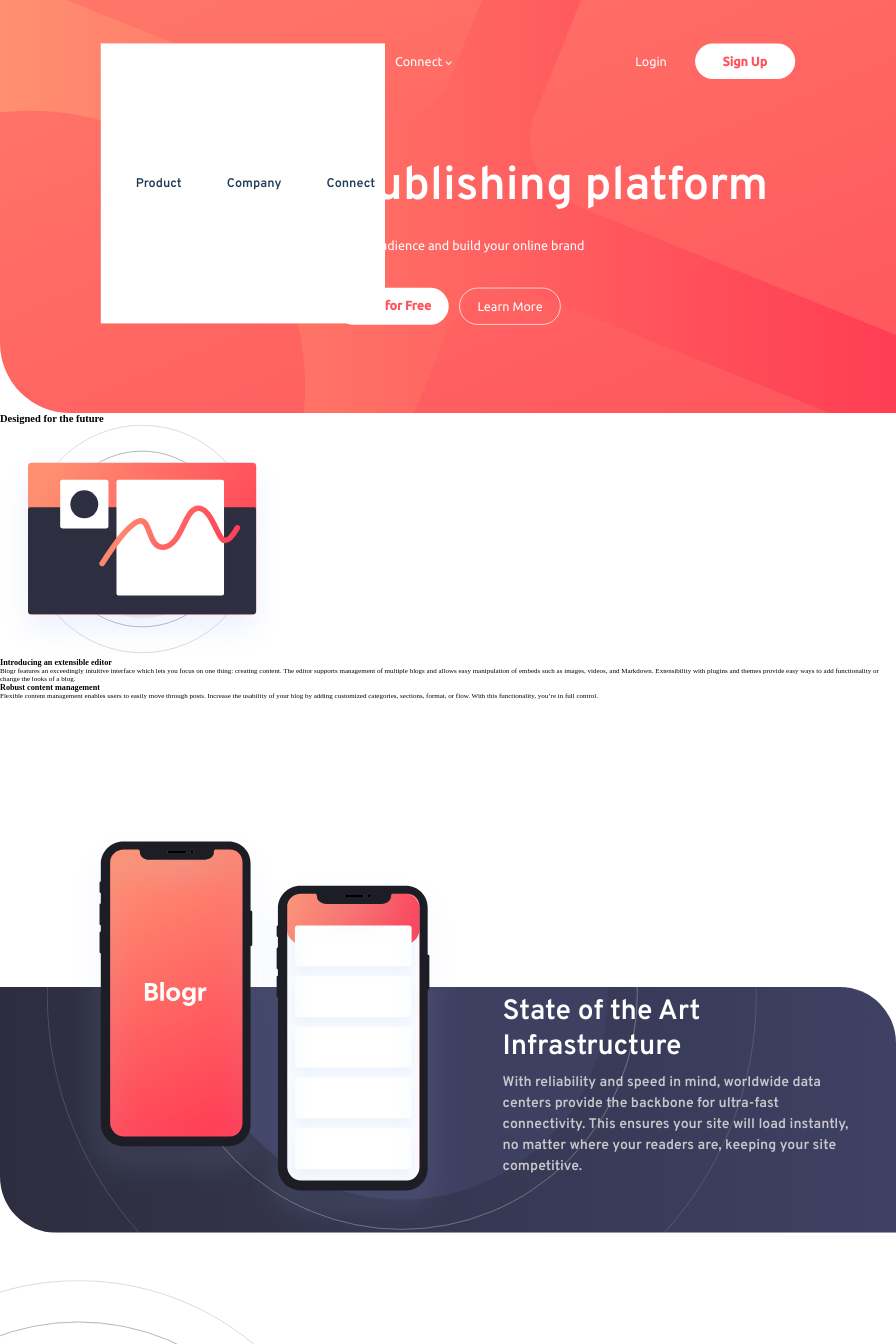
Repository: tomas938/tomaspage3
Page: index.html
The author's editor kept a copy of each file at every save. The page is drawn from the files as they stood at one save, then again after the next save.
The browser window is 1280 px wide. The pictures show the part of the page from y = 0 to 1920 px (the page is 3157 px tall), at 70% of full size.
The style sheet was rebuilt from its Sass, Less or Tailwind sources for each picture, by a compiler version that may differ from the author's.

Above is the page before, as saved 2021-07-30 16:57:12.

### index.html
<!DOCTYPE html>
<html lang="en">
	<head>
		<meta charset="UTF-8" />
		<meta name="viewport" content="width=device-width, initial-scale=1.0" />
		<!-- displays site properly based on user's device -->

		<link
			rel="icon"
			type="image/png"
			sizes="32x32"
			href="./images/favicon-32x32.png"
		/>

		<title>Frontend Mentor | [Blogr]</title>

		<link rel="stylesheet" href="./scss/main.css" />
	</head>
	<body>
		<section class="intro">
			<header>
				<nav class="intro__navigation">
					<div class="intro__navigation__logo">
						<svg width="101" height="40" xmlns="http://www.w3.org/2000/svg">
							<path
								d="M0 30.803V1.486h10.653c1.982 0 3.695.31 5.14.93 1.446.619 2.56 1.5 3.345 2.642.785 1.142 1.177 2.484 1.177 4.026 0 1.404-.303 2.636-.909 3.695a6.48 6.48 0 01-2.56 2.498c1.487.578 2.643 1.494 3.469 2.746.826 1.253 1.239 2.732 1.239 4.439 0 1.707-.44 3.18-1.322 4.418-.88 1.239-2.12 2.202-3.716 2.89-1.596.688-3.482 1.033-5.657 1.033H0zM5.946 6.565v6.73h4.046c1.35 0 2.388-.282 3.118-.846.73-.564 1.094-1.397 1.094-2.498 0-1.101-.365-1.94-1.094-2.519-.73-.578-1.769-.867-3.118-.867H5.946zm0 19.159h4.624c1.542 0 2.732-.33 3.572-.991.84-.66 1.26-1.61 1.26-2.85 0-1.238-.42-2.188-1.26-2.848-.84-.66-2.03-.991-3.572-.991H5.946v7.68zm19.282 5.079V0h5.781v30.803h-5.78zm20.893.619c-1.624 0-3.124-.29-4.5-.867a10.94 10.94 0 01-3.593-2.416 10.96 10.96 0 01-2.374-3.654c-.564-1.404-.846-2.931-.846-4.583 0-1.652.289-3.173.867-4.563a11.354 11.354 0 012.415-3.654 10.96 10.96 0 013.634-2.436c1.39-.578 2.91-.867 4.562-.867 1.625 0 3.125.289 4.501.867a10.94 10.94 0 013.592 2.416 11.01 11.01 0 012.375 3.633c.564 1.39.846 2.911.846 4.563 0 1.651-.289 3.179-.867 4.583a11.297 11.297 0 01-2.416 3.675 10.96 10.96 0 01-3.633 2.436c-1.39.578-2.911.867-4.563.867zm.083-5.203c1.046 0 1.982-.275 2.808-.825.825-.551 1.48-1.301 1.96-2.25.483-.95.723-2.03.723-3.242 0-1.211-.24-2.292-.722-3.241-.482-.95-1.136-1.7-1.961-2.25-.826-.551-1.762-.826-2.808-.826-1.046 0-1.982.275-2.808.825-.826.55-1.48 1.301-1.961 2.25-.482.95-.723 2.03-.723 3.242 0 1.211.241 2.292.723 3.241.482.95 1.135 1.7 1.961 2.25.826.551 1.762.826 2.808.826zm24.155 3.964a9.13 9.13 0 01-3.86-.826 9.492 9.492 0 01-3.118-2.291c-.881-.977-1.57-2.12-2.065-3.427-.495-1.308-.743-2.719-.743-4.233 0-1.569.255-3.02.764-4.356a10.614 10.614 0 012.147-3.489 10.174 10.174 0 013.22-2.333c1.225-.564 2.554-.846 3.985-.846 1.404 0 2.67.282 3.799.846a7.402 7.402 0 012.807 2.457l.124-2.684h5.327v19.2c0 1.68-.269 3.207-.805 4.584-.537 1.376-1.301 2.56-2.292 3.55a10.231 10.231 0 01-3.53 2.292c-1.363.537-2.87.805-4.522.805-1.624 0-3.083-.254-4.376-.764a10.468 10.468 0 01-3.386-2.126 10.035 10.035 0 01-2.271-3.18L67.097 32a5.452 5.452 0 001.92 1.879c.784.454 1.672.681 2.663.681 1.074 0 2.003-.24 2.787-.723.785-.481 1.397-1.156 1.838-2.023.44-.867.66-1.879.66-3.035v-1.775a7.793 7.793 0 01-2.828 2.333c-1.143.564-2.402.846-3.778.846zm1.404-5.12c1.018 0 1.92-.254 2.704-.764a5.556 5.556 0 001.879-2.064c.468-.867.702-1.851.702-2.952 0-1.102-.234-2.086-.702-2.953a5.556 5.556 0 00-1.879-2.064c-.784-.51-1.686-.764-2.704-.764-1.019 0-1.92.255-2.705.764a5.556 5.556 0 00-1.879 2.064c-.468.867-.702 1.851-.702 2.953 0 1.1.234 2.085.702 2.952a5.556 5.556 0 001.88 2.064c.784.51 1.685.764 2.704.764zm15.607 5.74V9h5.327l.206 3.304c.55-1.157 1.294-2.044 2.23-2.664.936-.62 2.037-.929 3.303-.929.386 0 .77.035 1.156.103.386.07.73.159 1.033.269l-.62 5.698a4.361 4.361 0 00-.929-.227 7.495 7.495 0 00-.97-.062c-1.597 0-2.822.489-3.675 1.466-.853.977-1.28 2.36-1.28 4.15v10.694h-5.78z"
								fill="#FFF"
								fill-rule="nonzero"
							/>
						</svg>
						<ul>
							<li>
								<a href="#">Product</a>
								<svg xmlns="http://www.w3.org/2000/svg" width="10" height="7">
									<path
										fill="none"
										stroke="#FFF"
										stroke-width="2"
										opacity=".75"
										d="M1 1l4 4 4-4"
									/>
								</svg>
							</li>
							<li>
								<a href="#">Company</a>
								<svg xmlns="http://www.w3.org/2000/svg" width="10" height="7">
									<path
										fill="none"
										stroke="#FFF"
										stroke-width="2"
										opacity=".75"
										d="M1 1l4 4 4-4"
									/>
								</svg>
							</li>
							<li>
								<a href="#">Connect</a>
								<svg xmlns="http://www.w3.org/2000/svg" width="10" height="7">
									<path
										fill="none"
										stroke="#FFF"
										stroke-width="2"
										opacity=".75"
										d="M1 1l4 4 4-4"
									/>
								</svg>
							</li>
						</ul>
					</div>
					<div class="intro__navigation__login">
						<div class="button button--1">Login</div>
						<div class="button button--2">Sign Up</div>
					</div>
					<div class="intro__navigation__mobile">
						<span class="line1"></span>
						<span class="line2"></span>
						<span class="line3"></span>
					</div>

					<ul class="mobile__links">
						<li>
							<a href="#">Product</a>
							<svg xmlns="http://www.w3.org/2000/svg" width="10" height="7">
								<path
									fill="none"
									stroke="#FFF"
									stroke-width="2"
									opacity=".75"
									d="M1 1l4 4 4-4"
								/>
							</svg>
						</li>
						<li>
							<a href="#">Company</a>
							<svg xmlns="http://www.w3.org/2000/svg" width="10" height="7">
								<path
									fill="none"
									stroke="#FFF"
									stroke-width="2"
									opacity=".75"
									d="M1 1l4 4 4-4"
								/>
							</svg>
						</li>
						<li>
							<a href="#">Connect</a>
							<svg xmlns="http://www.w3.org/2000/svg" width="10" height="7">
								<path
									fill="none"
									stroke="#FFF"
									stroke-width="2"
									opacity=".75"
									d="M1 1l4 4 4-4"
								/>
							</svg>
						</li>
					</ul>
				</nav>
			</header>
			<div class="intro__description">
				<h1>A modern publishing platform</h1>
				<p>Grow your audience and build your online brand</p>
				<div class="intro__description__buttons">
					<div class="button button--3">Start for Free</div>
					<div class="button button--4">Learn More</div>
				</div>
			</div>
		</section>
		<section class="about">
			<h2>Designed for the future</h2>
			<div class="about__container">
				<img src="/images/illustration-editor-mobile.svg" alt="" />
				<div class="about__container__items">
					<div class="content">
						<h3>Introducing an extensible editor</h3>
						<p>
							Blogr features an exceedingly intuitive interface which lets you
							focus on one thing: creating content. The editor supports
							management of multiple blogs and allows easy manipulation of
							embeds such as images, videos, and Markdown. Extensibility with
							plugins and themes provide easy ways to add functionality or
							change the looks of a blog.
						</p>
					</div>
					<div class="content">
						<h3>Robust content management</h3>
						<p>
							Flexible content management enables users to easily move through
							posts. Increase the usability of your blog by adding customized
							categories, sections, format, or flow. With this functionality,
							you’re in full control.
						</p>
					</div>
				</div>
			</div>
		</section>
		<section class="mobiles">
			<img src="/images/illustration-phones.svg" alt="" />
			<div class="mobiles__content">
				<h2>State of the Art Infrastructure</h2>
				<p>
					With reliability and speed in mind, worldwide data centers provide the
					backbone for ultra-fast connectivity. This ensures your site will load
					instantly, no matter where your readers are, keeping your site
					competitive.
				</p>
			</div>
		</section>
		<section class="desktop">
			<div class="desktop__container">
				<img src="/images/illustration-laptop-mobile.svg" alt="" />
				<div class="desktop__container__items">
					<div class="content">
						<h3>Free, open, simple</h3>
						<p>
							Blogr is a free and open source application backed by a large
							community of helpful developers. It supports features such as code
							syntax highlighting, RSS feeds, social media integration,
							third-party commenting tools, and works seamlessly with Google
							Analytics. The architecture is clean and is relatively easy to
							learn.
						</p>
					</div>
					<div class="content">
						<h3>Powerful tooling</h3>
						<p>
							Batteries included. We built a simple and straightforward CLI tool
							that makes customization and deployment a breeze, but capable of
							producing even the most complicated sites.
						</p>
					</div>
				</div>
			</div>
		</section>
		<footer>
			<div class="logo">
				<img src="/images/logo.svg" alt="" />
			</div>
			<div class="product">
				<h5>Product</h5>
				<a href="#">Overview</a>
				<a href="#">Pricing</a>
				<a href="#">Marketplace</a>
				<a href="#">Features</a>
				<a href="#">Integrations</a>
			</div>
			<div class="company">
				<h5>Company</h5>
				<a href="#">About</a>
				<a href="#">Team</a>
				<a href="#">Blog</a>
				<a href="#">Careers</a>
			</div>
			<div class="connect">
				<h5>Connect</h5>
				<a href="#">Connect</a>
				<a href="#">Newsletter</a>
				<a href="#">LinkedIn</a>
			</div>
		</footer>
	</body>
</html>

### scss/main.scss
@import "../scss_partials/variables";
@import "../scss_partials/resets";
@import "../scss_partials/intro";
@import "../scss_partials/about";
@import "../scss_partials/mobiles";
@import "../scss_partials/desktop";
@import "../scss_partials/footer";

### scss_partials/_variables.scss
//Colors

/* PRIMARY */

$light-red: hsl(356, 100%, 66%);
$very-light-red: hsl(355, 100%, 74%);
$very-dark-blue: hsl(208, 49%, 24%);

/* NEUTRAL */

$white: hsl(0, 0%, 100%);
$grayish-blue: hsl(240, 2%, 79%); //Footer Text
$very-dark-grayish-blue: hsl(207, 13%, 34%);
$very-dark-black-blue: hsl(240, 10%, 16%); //Footer Background

/* GRADIENT */

$very-light-red-gradient: hsl(13, 100%, 72%); // Intro /CTA
$light-red-gradient: hsl(353, 100%, 62%); // Intro /CTA

$very-dark-gray-blue: hsl(237, 17%, 21%); // Background body gradient
$very-dark-desaturated-blue: hsl(237, 23%, 32%); // Background body gradient

//Fonts

@import url("https://fonts.googleapis.com/css2?family=Overpass:wght@300;600&display=swap");

$font-primary: "Overpass", sans-serif;
$font-weight-primary-light: 300;
$font-weight-primary-bold: 600;

@import url("https://fonts.googleapis.com/css2?family=Ubuntu:ital,wght@0,400;0,500;1,700&display=swap");

$font-secondary: "Ubuntu", sans-serif;

$font-weight-secondary-light: 400;
$font-weight-secondary-medium: 500;
$font-weight-secondary-bold: 700;

### scss_partials/_resets.scss
* {
	margin: 0;
	padding: 0;
	box-sizing: border-box;
}
html {
	font-size: 62.5%;
	@media only screen and (max-width: 1000px) {
		font-size: 52.5%;
	}
}
li {
	list-style: none;
}
a {
	text-decoration: none;
}

### scss_partials/_intro.scss
.intro {
	height: 82vh;
	background-image: url(../images/bg-pattern-intro.svg),
		linear-gradient(to right, $very-light-red-gradient, $light-red-gradient);
	background-position: center center;
	border-bottom-left-radius: 10rem;
	font-family: $font-secondary;
	font-weight: $font-weight-secondary-light;
	color: $white;
	font-size: 1.8rem;
	header {
		width: 100%;
	}
	&__navigation {
		width: 77.5%;
		margin: auto;
		padding: 6.2rem 0;
		display: flex;
		justify-content: space-between;
		&__logo {
			display: flex;
		}
		ul {
			display: flex;
			align-items: center;
			@media only screen and (max-width: 900px) {
				display: none;
			}
		}
		li {
			margin-left: 5rem;
		}

		a {
			color: $white;
		}
		&__login {
			display: flex;
			align-items: center;
			@media only screen and (max-width: 900px) {
				display: none;
			}
		}
		&__mobile {
			display: flex;
			display: none;
			@media only screen and (max-width: 900px) {
				display: flex;
			}
			align-items: center;
			flex-direction: column;
			justify-content: center;
			span {
				width: 3.5rem;
				height: 0.4rem;
				background-color: $white;
				margin-top: 0.7rem;
			}
		}
		.mobile__links {
			position: absolute;
			background-color: $white;
			height: 40rem;
			font-family: $font-primary;
			font-weight: $font-weight-primary-bold;
			ul {
				display: flex;
				flex-direction: column;
			}
			a {
				color: $very-dark-blue;
			}
		}
	}
	&__description {
		h1 {
			padding: 5rem 0 3rem 0;
			font-size: 6.7rem;
			text-align: center;
			font-family: $font-primary;
			font-weight: $font-weight-primary-bold;
			@media only screen and (max-width: 800px) {
				font-size: 4.7rem;
			}
			@media only screen and (max-width: 565px) {
				font-size: 3.7rem;
			}
		}
		p {
			text-align: center;
		}
		&__buttons {
			padding: 5rem 0;

			margin: auto;
			display: flex;
			justify-content: center;
		}
	}
}
.button {
	cursor: pointer;
	padding: 1.5rem 4rem;
	border-radius: 3rem;
}
.button--2 {
	background-color: $white;
	color: $light-red;
	font-family: $font-secondary;
	font-weight: $font-weight-secondary-bold;
	transition: all 0.3s ease-in-out;
}
.button--2:hover {
	background-color: hsla(0, 0%, 100%, 0.267);
	color: $white;
}
.button--3 {
	background-color: $white;
	color: $light-red;
	font-family: $font-secondary;
	font-weight: $font-weight-secondary-bold;
	transition: all 0.3s ease-in-out;
	padding: 1.5rem 2.5rem;
}
.button--3:hover {
	background-color: hsla(0, 0%, 100%, 0.267);
	color: $white;
}
.button--4 {
	margin-left: 1.5rem;
	border: 1px solid $white;
	padding: 1.5rem 2.5rem;
}

### scss_partials/about.scss
.about {
	height: 100vh;
}

### scss_partials/_mobiles.scss
.mobiles {
	margin-top: 10rem;
	background-image: url(../images/bg-pattern-circles.svg),
		linear-gradient(to right, $very-dark-gray-blue, $very-dark-desaturated-blue);

	background-repeat: no-repeat;
	background-position: 25% 75%;
	border-bottom-left-radius: 8rem;
	border-top-right-radius: 8rem;
	font-family: $font-primary;
	display: flex;
	align-items: flex-end;
	justify-content: flex-end;
	position: relative;
	color: $white;
	height: 35.1rem;
	@media only screen and (max-width: 900px) {
		height: 55.1rem;
	}
	img {
		position: absolute;
		left: 8%;
		@media only screen and (max-width: 1150px) {
			left: 1%;
		}
		@media only screen and (max-width: 1000px) {
			transform: scale(0.75);
			top: -42%;
			left: -5%;
		}
		@media only screen and (max-width: 900px) {
			transform: scale(0.75);
			left: 50%;
			top: -36%;
			transform: translateX(-50%);
			height: 90%;
		}
		@media only screen and (max-width: 570px) {
			height: 80%;

			top: -35%;
		}
		@media only screen and (max-width: 338px) {
			height: 60%;
			top: -29%;
		}
	}
	&__content {
		margin-right: 17rem;
		padding: 10rem 0;
		width: 40%;
		@media only screen and (max-width: 1350px) {
			margin-right: 5rem;
			padding: 8rem 0;
		}

		@media only screen and (max-width: 900px) {
			margin-right: 2rem;
			width: 50%;
			width: 80%;
			margin: 0 auto;
			text-align: center;
		}
		@media only screen and (max-width: 570px) {
			padding: 4rem 0;
		}

		h2 {
			font-size: 4rem;
			font-weight: $font-weight-primary-bold;
		}
		p {
			margin-top: 1rem;
			font-size: 2rem;
			line-height: 3rem;
			font-weight: $font-weight-primary-bold;
			color: $grayish-blue;
		}
	}
}

### scss_partials/_desktop.scss
.desktop {
	padding: 20rem 0;
	font-family: $font-primary;
	background-image: url(../images/illustration-laptop-desktop.svg);
	background-repeat: no-repeat;
	background-position: bottom 10rem left -28rem;
	@media only screen and (max-width: 1250px) {
		background-position: bottom 10rem left -38rem;
	}
	@media only screen and (max-width: 1100px) {
		background-position: bottom 10rem left -50rem;
	}
	@media only screen and (max-width: 1000px) {
		background-position: bottom 6rem left -55rem;
	}
	@media only screen and (max-width: 900px) {
		background-image: url("");
	}
	h2 {
		text-align: center;
		font-size: 4rem;
		color: $very-dark-blue;
		padding: 17rem 0 10rem 0;
	}
	&__container {
		display: flex;
		justify-content: flex-end;
		@media only screen and (max-width: 900px) {
			display: flex;
			flex-direction: column;
		}
		img {
			display: none;
			@media only screen and (max-width: 900px) {
				display: block;
				margin: 5rem auto;
				display: flex;
				flex-direction: column;
			}
			@media only screen and (max-width: 550px) {
				width: 100%;
				height: 100%;
			}
		}
		&__items {
			width: 50%;
			@media only screen and (max-width: 900px) {
				width: 80%;
				margin: auto;
				text-align: center;
			}
		}
		.content {
			margin-right: 17rem;
			@media only screen and (max-width: 1350px) {
				margin-right: 5rem;
			}
			@media only screen and (max-width: 900px) {
				margin-right: 0rem;
			}
		}
		h3 {
			font-size: 3rem;
			color: $very-dark-blue;
		}
		p {
			color: $very-dark-grayish-blue;
			line-height: 3rem;
			padding: 4rem 0 8rem;
			font-size: 2rem;
		}
	}
}

### scss_partials/_footer.scss
footer {
	padding: 10rem 15rem;
	background-color: $very-dark-black-blue;
	color: $grayish-blue;
	border-top-right-radius: 15rem;
	display: flex;
	flex-direction: column;
	align-items: center;
	font-family: $font-primary;
	@media only screen and (max-width: 800px) {
		padding: 10rem 0rem;
	}
	@media only screen and (min-width: 500px) {
		flex-direction: row;
		align-items: flex-start;
		justify-content: space-around;
	}
	.product {
		display: flex;
		flex-direction: column;
		align-items: flex-start;
		padding: 2rem;
		@media only screen and (min-width: 500px) {
			padding: 0rem;
			justify-items: flex-start;
		}
	}
	.company {
		display: flex;
		flex-direction: column;
		align-items: flex-start;
		padding: 2rem;
		@media only screen and (min-width: 500px) {
			padding: 0rem;
			justify-items: flex-start;
		}
	}
	.connect {
		display: flex;
		flex-direction: column;
		align-items: flex-start;
		padding: 2rem;
		@media only screen and (min-width: 500px) {
			padding: 0rem;
			justify-items: flex-start;
		}
	}
	a {
		color: $grayish-blue;
		font-size: 2rem;
		margin-bottom: 1rem;
		position: relative;
	}
	a::before {
		content: "";
		position: absolute;
		top: 23px;
		width: 50%;
		left: 20%;
		height: 0.3rem;
		background-color: $grayish-blue;
		opacity: 0;
		transition: all 0.3s ease-in-out;
	}
	a:hover::before {
		opacity: 1;
		left: 0;
		width: 100%;
		transition: all 0.3s ease-in-out;
	}
	h5 {
		font-size: 2.5rem;
		padding: 3rem;
		padding-left: 0;
		color: $white;
		@media only screen and (min-width: 500px) {
			padding-top: 0rem;
		}
	}
}

After the next save:
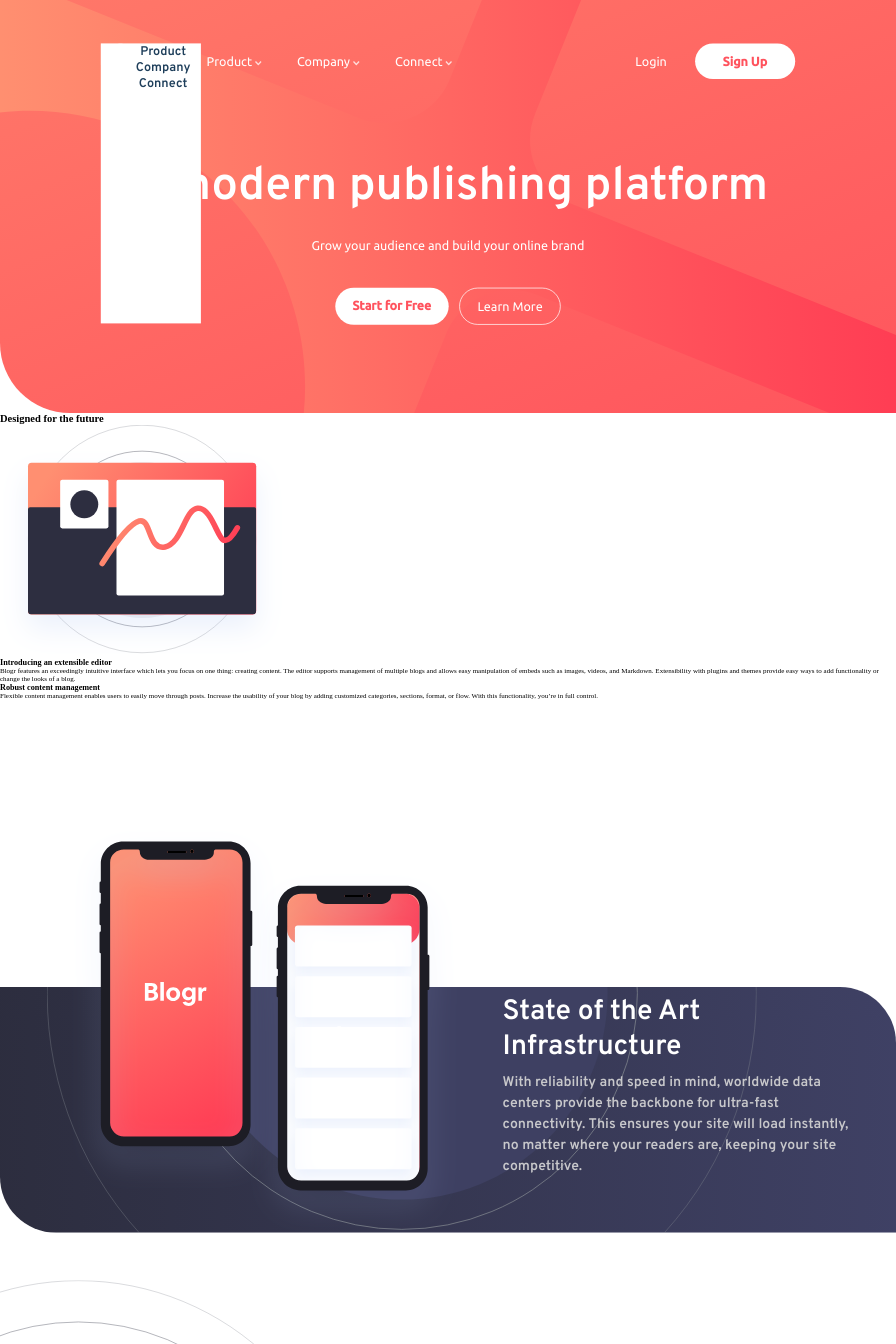
Saved 6 s later.
--- a/scss_partials/_intro.scss
+++ b/scss_partials/_intro.scss
@@ -63,9 +63,9 @@
 			height: 40rem;
 			font-family: $font-primary;
 			font-weight: $font-weight-primary-bold;
+			display: flex;
+			flex-direction: column;
 			ul {
-				display: flex;
-				flex-direction: column;
 			}
 			a {
 				color: $very-dark-blue;
